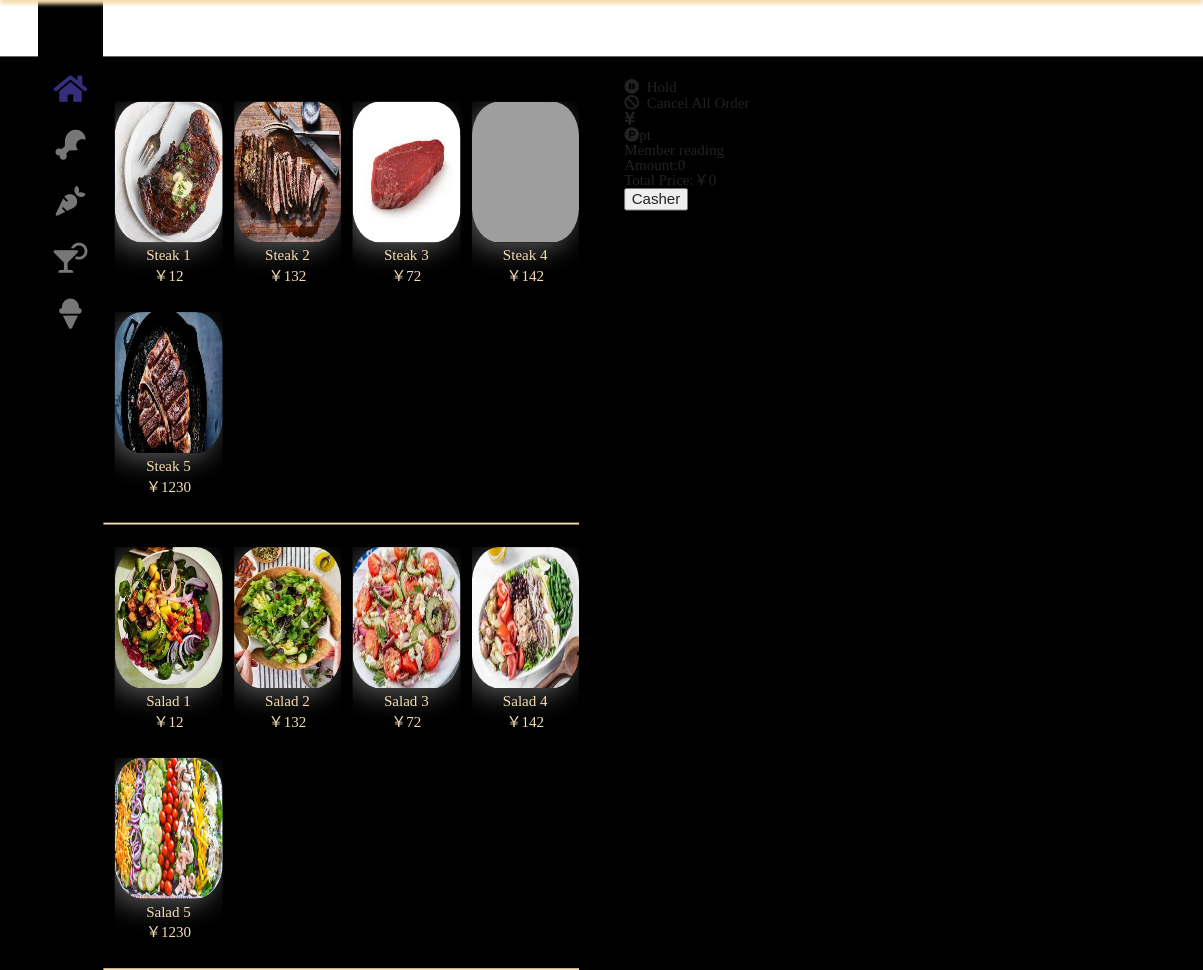
Repository: vuhungson158/Menu
Page: /
The author's editor kept a copy of each file at every save. The page is drawn from the files as they stood at one save, then again after the next save.
The browser window is 1280 px wide. The pictures show the whole page, at 94% of full size.
Pictures or frames that could not be fetched are drawn as grey boxes. The project was rebuilt for these pictures with package versions that can differ from the ones it lists, and the page was loaded fresh each time. Also part of the build but not shown: src/component/mainMenu/orderBlock/orderContent/OrderedItem.jsx, src/redux-store/actions/HoldActions.jsx, src/component/mainMenu/orderBlock/utilities/HoldItem.jsx.

Above is the page before, as saved 2021-08-22 09:51:40.

### public/index.html
<!DOCTYPE html>
<html lang="en">
  <head>
    <meta charset="utf-8" />
    <link rel="icon" href="%PUBLIC_URL%/favicon.ico" />
    <meta name="viewport" content="width=device-width, initial-scale=1" />
    <meta name="theme-color" content="#000000" />
    <meta
      name="description"
      content="Web site created using create-react-app"
    />
    <link rel="apple-touch-icon" href="%PUBLIC_URL%/logo192.png" />
    <!--
      manifest.json provides metadata used when your web app is installed on a
      user's mobile device or desktop. See https://developers.google.com/web/fundamentals/web-app-manifest/
    -->
    <link rel="manifest" href="%PUBLIC_URL%/manifest.json" />
    <link rel="stylesheet" href="fontawesome-5.15.3-web/css/all.min.css">

    <!--
      Notice the use of %PUBLIC_URL% in the tags above.
      It will be replaced with the URL of the `public` folder during the build.
      Only files inside the `public` folder can be referenced from the HTML.

      Unlike "/favicon.ico" or "favicon.ico", "%PUBLIC_URL%/favicon.ico" will
      work correctly both with client-side routing and a non-root public URL.
      Learn how to configure a non-root public URL by running `npm run build`.
    -->
    <title>Restaurant Menu</title>
  </head>
  <body>
    <noscript>You need to enable JavaScript to run this app.</noscript>
    <div id="root"></div>
    <!--
      This HTML file is a template.
      If you open it directly in the browser, you will see an empty page.

      You can add webfonts, meta tags, or analytics to this file.
      The build step will place the bundled scripts into the <body> tag.

      To begin the development, run `npm start` or `yarn start`.
      To create a production bundle, use `npm run build` or `yarn build`.
    -->
  </body>
</html>

### src/redux-store/index.jsx
import { createStore, applyMiddleware } from "redux";
import { composeWithDevTools } from "redux-devtools-extension";
import thunk from "redux-thunk";
import rootReducer from "./reducers";

const initialState = {};

const middleware = [thunk];

const store = createStore(
    rootReducer,
    initialState,
    composeWithDevTools(applyMiddleware(...middleware))
);

export default store;

### src/component/mainMenu/index.jsx
import React from 'react';
import CenterMenu from './centerMenu';
import OrderBlock from './orderBlock';

const MainMenu = () => {
    return (
        <div id="main-menu">
            <div className="container">
                <div className="grid">
                    <CenterMenu />
                    <OrderBlock />
                </div>
            </div>
        </div >
    )
}

export default MainMenu

### src/component/navbar/index.jsx
import React, { useState } from 'react';
import Clock from './Clock';

const Navbar = () => {

    const nav_height = "-60px"
    const [active, setActive] = useState(false);

    var prevScrollpos = window.pageYOffset;
    window.onscroll = function () {
        var currentScrollPos = window.pageYOffset;
        if (prevScrollpos > currentScrollPos) {
            document.getElementById("navbar").style.top = "0";
        } else {
            document.getElementById("navbar").style.top = nav_height;
        }
        prevScrollpos = currentScrollPos;
    }

    return (
        <nav id="navbar">
            <div className="container">
                <h1>Menu</h1>
                <Clock />
                <div className={`setting-icon ${active ? `active` : ""}`}
                    onClick={() => setActive(!active)} >
                    <span></span>
                    <span></span>
                    <span></span>
                    {
                        active ?
                            <ul className="setting-menu">
                                <li>Language</li>
                                <li>Dark Mode</li>
                                <li>Size</li>
                                <li>...something</li>
                            </ul>
                            : ""
                    }
                </div>

            </div>
        </nav>
    )
}

export default Navbar

### src/styles/App.scss
@import "./_variables";
@import "./mixin";

* {
    box-sizing: border-box;
    font-family: "Fira sans", sans-serif;
}
body {
    font-size: 10px;
}

@media (max-width: $breakpoint_mobile) {
    :root {
        --container_width: 100%;
    }
}
@media (min-width: $breakpoint_mobile) {
    :root {
        --container_width: 720px;
    }
}
@media (min-width: $breakpoint_ipad) {
    :root {
        --container_width: 960px;
    }
}
@media (min-width: $breakpoint_sm_pc) {
    :root {
        --container_width: 1200px;
    }
}
@media (min-width: $breakpoint_pc) {
    :root {
        --container_width: 1800px;
    }
}

.container {
    margin: 0 auto;
    max-width: var(--container_width);
}

#navbar {
    position: fixed;
    height: $navbar_height;
    top: 0;
    left: 0;
    right: 0;
    z-index: $navbar_z-index;
    background-color: $background-color_1st;
    color: $color_1st;
    box-shadow: 0 4px 4px 0 $color_1st;
    transition: 0.5s;

    .container {
        position: relative;
        display: flex;
        align-items: center;
        justify-content: space-between;

        h1 {
            color: $color_1st;
            font-size: 3.6rem;
            font-weight: 900;
            letter-spacing: 2px;
            text-transform: uppercase;
        }

        #clock {
            font-size: 2.4rem;
            font-weight: 600;
        }

        .setting-icon {
            display: block;
            position: relative;
            z-index: 1;
            user-select: none;
            appearance: none;
            border: none;
            outline: none;
            background: none;
            cursor: pointer;

            span {
                display: block;
                position: relative;
                width: 36px;
                height: 4px;
                margin-bottom: 6px;
                background-color: $background-color_2nd;
                border-radius: 10%;
                z-index: 1;
                transform-origin: 0 0;
                transition: 0.5s;
            }

            &:hover span:nth-child(2) {
                background-color: $color_3rd;
            }

            &.active {
                span:nth-child(1) {
                    transform: translate(0px, -2px) rotate(45deg);
                }
                span:nth-child(2) {
                    opacity: 0;
                    transform: translateX(36px);
                }
                span:nth-child(3) {
                    transform: translate(-3px, 3px) rotate(-45deg);
                }
            }
            .setting-menu {
                position: absolute;
                right: 0;
                border: 2px solid $color_2nd;
                border-radius: 5%;
                overflow: hidden;
                padding: 12px;
                background-color: $background-color_1st;
                cursor: auto;
                animation: dropDown 0.2s;

                li {
                    min-width: 120px;
                    cursor: pointer;
                    text-align: center;
                    padding: 12px 8px;
                    font-size: 1.6rem;
                    transition: 0.2s;
                    &:hover {
                        transform: scale(1.2);
                        color: $color_3rd;
                    }
                }
            }
        }
    }
}

#main-menu {
    background-color: $background-color_1st;
    margin-top: $navbar_height;
    min-height: 100vh;
    .container {
        padding-top: 24px;
        .grid {
            --margin_left: 48px;
            display: flex;
            margin-left: calc(-1 * var(--margin_left));
            #center-menu,
            #order-block {
                margin-left: var(--margin_left);
                width: calc(50% - var(--margin_left));
            }
            #center-menu {
                --side-nav_width: 70px;
                #side-nav {
                    position: fixed;
                    top: 0;
                    min-height: 90%;
                    width: var(--side-nav_width);
                    background: $background-color_1st;
                    overflow: hidden;
                    transition: width 0.2s;
                    z-index: 1;
                    &:hover {
                        width: 300px;
                    }
                    ul {
                        position: absolute;
                        top: 0;
                        left: 0;
                        width: 100%;
                        padding-left: 5px;
                        top: 10%;
                        li {
                            opacity: 0.5;
                            a {
                                position: relative;
                                display: block;
                                width: 100%;
                                display: flex;
                                text-decoration: none;
                                color: $color_2nd;
                                font-size: 2rem;
                                .icon {
                                    position: relative;
                                    display: block;
                                    min-width: 60px;
                                    height: 60px;
                                    line-height: 60px;
                                    text-align: center;
                                    i {
                                        position: relative;
                                        font-size: 2rem;
                                        z-index: 1;
                                    }
                                }
                                .title {
                                    position: relative;
                                    display: block;
                                    padding-left: 10px;
                                    height: 60px;
                                    line-height: 60px;
                                    white-space: nowrap;
                                }
                            }
                            &.active,
                            &:hover {
                                .icon,
                                .title {
                                    transition: 0.2s;
                                    color: $color_3rd;
                                }
                            }
                        }
                    }
                }
                #menu {
                    margin-left: calc(var(--side-nav_width) + 12px);
                    .page {
                        --spacing: 12px;
                        --columns: 4;
                        display: flex;
                        flex-wrap: wrap;
                        margin-left: calc(-1 * var(--spacing));
                        margin-top: calc(2 * var(--spacing));
                        border-bottom: 2px solid $background-color_2nd;
                        .food-item {
                            overflow: hidden;
                            margin-left: var(--spacing);
                            width: calc(100% / var(--columns) - var(--spacing));
                            display: flex;
                            flex-direction: column;
                            height: 200px;
                            cursor: pointer;
                            margin-bottom: calc(2 * var(--spacing));
                            transition: 0.2s;
                            &:hover .food-img{
                                box-shadow: 7px -7px 28px 0 $background-color_3rd;
                            }
                            .food-img {
                                height: 150px;
                                border-radius: 25%;
                                box-shadow: -7px 7px 28px 0 $box-shadow-color;
                            }
                            .food-name,
                            .food-price {
                                color: $color_1st;
                                text-align: center;
                                margin-top: calc(0.5 * var(--spacing));
                            }
                        }
                    }
                }
            }
        }
    }
}

### src/redux-store/reducers/index.jsx
import { combineReducers } from "redux";
import HoldReducer from "./HoldReducer";
import MenuReducer from "./MenuReducer";
import OrderReducer from "./OrderReducer";

const rootReducer = combineReducers({
    menu: MenuReducer,
    order: OrderReducer,
    hold:HoldReducer
});

export default rootReducer;

### src/component/mainMenu/centerMenu/index.jsx
import React from 'react';
import MenuPage from './MenuPage';
import PropTypes from 'prop-types';
import { connect } from 'react-redux';
import SideBar from './sidebar';

const CenterMenu = ({ foods }) => {
    return (
        <div id="center-menu">
            <SideBar />
            <div id="menu">
                {
                    Object.entries(foods).map(page => (
                        <MenuPage key={page[0]} page={page[1]} />
                    ))
                }
            </div>
        </div >
    )
};

CenterMenu.prototype = {
    foods: PropTypes.array.isRequired,
};

const mapStateToProps = state => ({
    foods: state.menu.foods
});

export default connect(mapStateToProps)(CenterMenu)

### src/component/mainMenu/orderBlock/index.jsx
import React from 'react'
import MemberInfo from './MemberInfo'
import OrderedContent from './orderContent'
import Utilities from './utilities'


const OrderBlock = () => {

    return (
        <div id="order-block" className="d-flex flex-column">
            <Utilities />
            <MemberInfo />
            <OrderedContent />
            <button id="casher-btn" className="btn btn-primary">Casher</button>
        </div>
    )
}

export default OrderBlock

### src/component/navbar/Clock.jsx
import React, { useEffect, useState } from 'react'
import { showTime } from '../../pure-JS/MyTime';

const Clock = () => {

    const [clock, setClock] = useState("")

    useEffect(() => {
        const intervalClock = setInterval(() => setClock(showTime()), 1000);
        return () => clearInterval(intervalClock);
    }, []);

    return (
        <div id="clock">{clock ? clock : showTime()}</div>
    )
}

export default Clock

### src/styles/_variables.scss
:root {
    --spacing: 0;
    --container_width: 0;
    --columns: 0;
}

// Color
$color_1st: wheat;
$color_2nd: #eee;
$color_3rd: #6a5af9;
$color_4th: #3d6ef7;
$color_light: #ededed;
$color_dark: black;

$box-shadow-color: #555;

// Background Color
$background-color_1st: black;
$background-color_2nd: wheat;
$background-color_3rd: #6a5af9;
$background-color_4th: #3D6EF7;;

// z-index
$navbar_z-index: 99;

// Height
$navbar_height: 60px;

// Width
$breakpoint_mobile: 768px;
$breakpoint_ipad: 1024px;
$breakpoint_sm_pc: 1224px;
$breakpoint_pc: 1824px;

### src/styles/_mixin.scss
@keyframes dropDown {
    0% {
        transform: translateY(-100px);
    }
    100% {
        transform: skewY(0);
    }
}

### src/redux-store/reducers/HoldReducer.jsx
import { MAKE_HOLD } from "../actions/TYPE";

var initialState = {
    holder: [{}, {}, {}, {}, {}, {}, {}, {}, {}, {}]
}

const HoldReducer = (state = initialState, action) => {
    const { type, payload } = action;

    switch (type) {
        case MAKE_HOLD:
            if (payload.totalAmount === 0) {
                state.holder[payload.index] = {};
                return state;
            } else {
                state.holder[payload.index] = payload;
                return state;
            }
        default:
            return state;
    }
};

export default HoldReducer;

### src/redux-store/reducers/MenuReducer.jsx
import { SWITCH_BRANCH } from "../actions/TYPE";
import { MenuInitialState } from "./MenuInitialState";

const MenuReducer = (state = MenuInitialState, action) => {
    const { type, payload } = action;

    switch (type) {
        case SWITCH_BRANCH:
            return {
                ...state,
                branchs: state.branchs.map((branch) => {
                    if (branch.id === payload) branch.active = true;
                    else if (branch.active) branch.active = false;
                    return branch;
                })
            };
        default:
            return state;
    }
};

export default MenuReducer;

### src/component/mainMenu/centerMenu/MenuPage.jsx
import React from 'react'
import MenuItem from './MenuItem'

const MenuPage = ({ page }) => {
    return (
        <div className="page">
            {
                page.map((food) => (
                    <MenuItem key={food.id} food={food} />
                ))
            }
        </div>
    )
}

export default MenuPage

### src/component/mainMenu/centerMenu/sidebar/index.jsx
import React from 'react'
import PropTypes from 'prop-types';
import { connect } from 'react-redux';
import { switchBranch } from '../../../../redux-store/actions/MenuActions';

const SideBar = ({branchs, switchBranch}) => {
    return (
        <div id="side-nav" className="side-nav">
            <ul>
                {
                    branchs.map((branch) => (
                        <li key={branch.id} className={branch.active ? "list active" : "list"} >
                            <a href="/#" onClick={() => switchBranch(branch.id)}>
                                <span className="icon"><i className={branch.icon}></i></span>
                                <span className="title">{branch.name}</span>
                            </a>
                        </li>
                    ))
                }
            </ul>
        </div>
    )
}

SideBar.prototype = {
    branchs: PropTypes.array.isRequired,
    switchBranch: PropTypes.func.isRequired
};

const mapStateToProps = state => ({
    branchs: state.menu.branchs
});

export default connect(mapStateToProps, { switchBranch })(SideBar)

### src/component/mainMenu/orderBlock/MemberInfo.jsx
import React from 'react'

const MemberInfo = () => {
    return (
        <div id="member-info">
            <div>
                <i className="fas fa-yen-sign"></i>
                <span></span>
            </div>
            <div>
                <i className="fab fa-product-hunt"></i>
                <span>pt</span>
            </div>
            <div>
                Member reading
            </div>
        </div>
    )
}

export default MemberInfo

### src/component/mainMenu/orderBlock/orderContent/index.jsx
import React from 'react'
import { connect } from 'react-redux';
import PropTypes from 'prop-types';
import OrderedItem from './OrderedItem'

const OrderedContent = ({ orders }) => {

    const totalAmount = orders.reduce((acc, order) => (acc + order.amount), 0);
    const totalPrice = orders.reduce((acc, order) => (acc + order.price * order.amount), 0);

    return (
        <>
            <div id="list">
                <table>
                    {
                        orders.map((order) => (
                            <OrderedItem key={order.id} order={order} />
                        ))
                    }
                </table>
            </div>
            <div id="total">
                <div>
                    Amount:<span>{totalAmount ? totalAmount : 0}</span>
                </div>
                <div>
                    Total Price:<span>￥{totalPrice ? totalPrice : 0}</span>
                </div>
            </div>
        </>
    )
}
OrderedContent.prototype = {
    orders: PropTypes.array.isRequired,
};

const mapStateToProps = state => ({
    orders: state.order.ordered_item,
    totalAmount: state.order.totalAmount,
    totalPrice: state.order.totalPrice
});

export default connect(mapStateToProps)(OrderedContent)

### src/component/mainMenu/centerMenu/MenuItem.jsx
import React from 'react'
import PropTypes from 'prop-types';
import { connect } from 'react-redux';
import { addToOrder } from '../../../redux-store/actions/OrderActions';

const MenuItem = ({ food, addToOrder }) => {

    return (
        <div className="food-item" key={food.id} onClick={() => { addToOrder(food) }}>
            <img className="food-img" src={food.img} alt="" />
            <div className="food-name">{food.name}</div>
            <div className="food-price">￥{food.price}</div>
        </div>
    )
}

MenuItem.prototype = {
    addToOrder: PropTypes.func.isRequired,
};

const mapStateToProps = state => ({
});

export default connect(mapStateToProps, { addToOrder })(MenuItem)

### src/redux-store/actions/MenuActions.jsx
import { SWITCH_BRANCH } from "./TYPE";


export const switchBranch = newID => dispatch => {
    dispatch({
        type: SWITCH_BRANCH,
        payload: newID
    })
};

### src/redux-store/actions/OrderActions.jsx
import { ADD_ORDER, AMOUNT_DOWN, AMOUNT_UP, CHANGE_AMOUNT, CLEAR_ALL, HOLD_TO_ORDER } from "./TYPE";
import { v4 as uuidV4 } from "uuid";

export const addToOrder = item => dispatch => {
    dispatch({
        type: ADD_ORDER,
        payload: { ...item, id: uuidV4(), amount: 1 }
    })
};

export const holdToOrder = orders => dispatch => {
    dispatch({
        type: HOLD_TO_ORDER,
        payload: orders
    })
};

export const changeAmount = (id, amount) => dispatch => {
    dispatch({
        type: CHANGE_AMOUNT,
        payload: { id, amount: parseInt(amount, 10) }
    })
};

export const amountUp = id => dispatch => {
    dispatch({
        type: AMOUNT_UP,
        payload: id
    })
};

export const amountDown = (id, amount) => dispatch => {
    dispatch({
        type: AMOUNT_DOWN,
        payload: { id, amount }
    })
};

export const clearAll = () => dispatch => {
    dispatch({
        type: CLEAR_ALL,
        payload: null
    })
};

Loaded but not shown: src/serviceWorker.js (common file); src/styles/Reset.css (common file); public/fontawesome-5.15.3-web/css/all.min.css (library); src/redux-store/reducers/MenuInitialState.js (124 lines, source omitted); src/index.js (20 lines, source omitted); src/redux-store/actions/TYPE.js (13 lines, source omitted); src/pure-JS/MyTime.js (13 lines, source omitted); src/App.js (16 lines, source omitted); src/redux-store/reducers/OrderReducer.jsx (71 lines, source omitted); src/component/mainMenu/orderBlock/utilities/index.jsx (54 lines, source omitted)

After the next save:
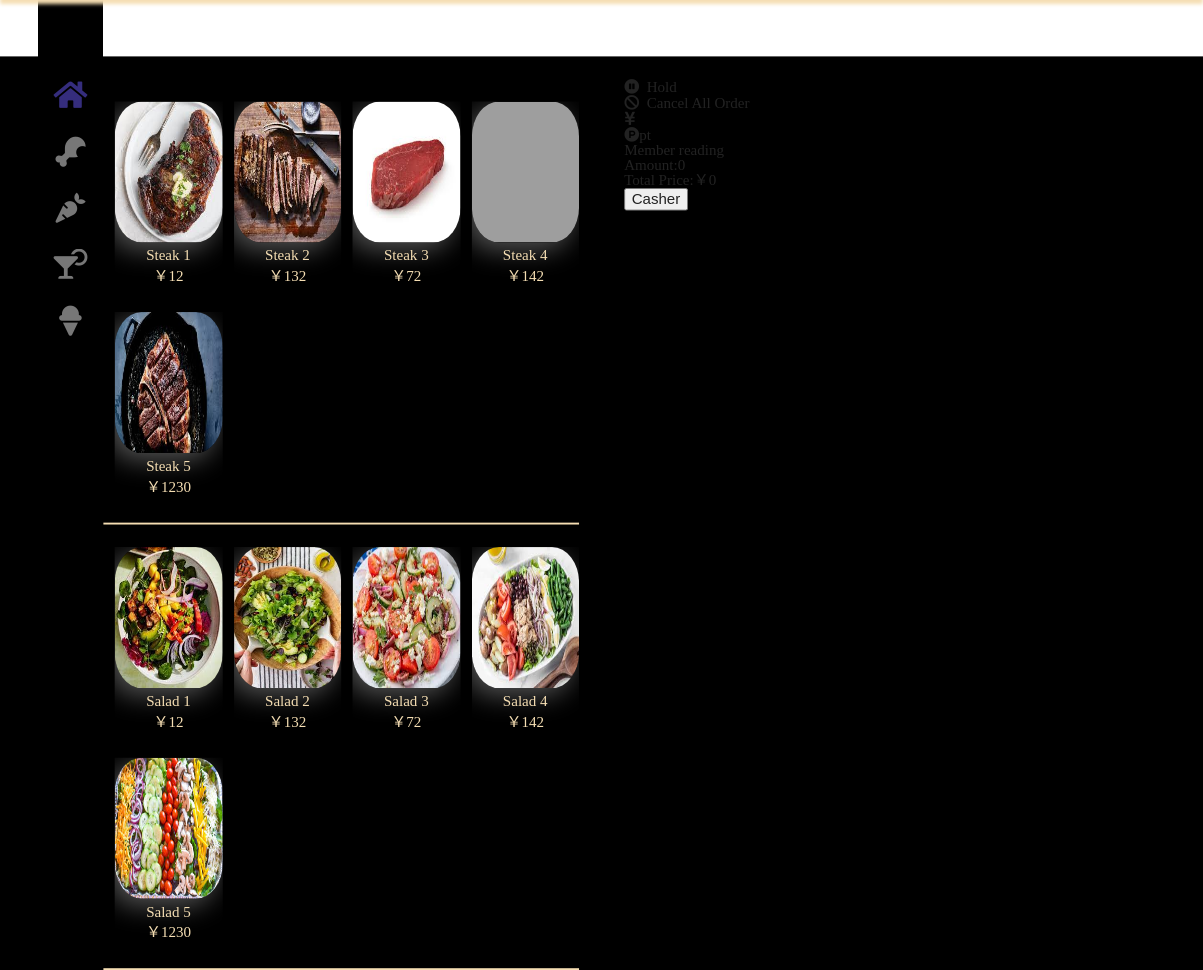
Saved 33 s later.
--- a/src/styles/App.scss
+++ b/src/styles/App.scss
@@ -159,7 +159,7 @@ body {
                 #side-nav {
                     position: fixed;
                     top: 0;
-                    min-height: 90%;
+                    bottom: 0;
                     width: var(--side-nav_width);
                     background: $background-color_1st;
                     overflow: hidden;
